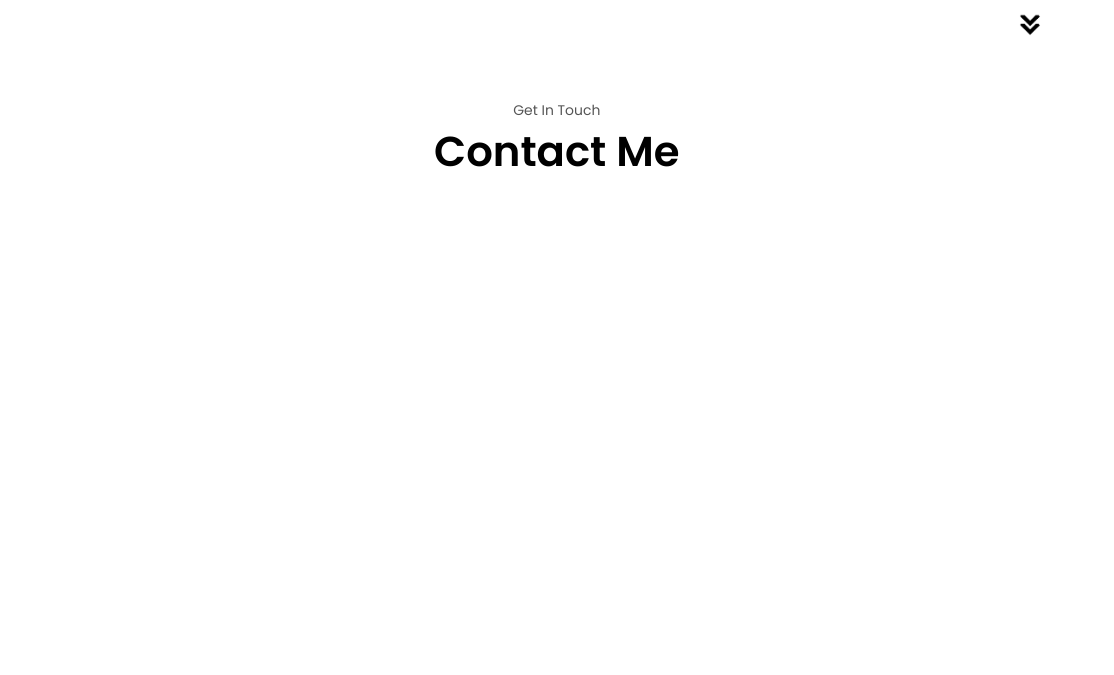
Repository: albinsabu2023/albinsabu
Page: index.html
The author's editor kept a copy of each file at every save. The page is drawn from the files as they stood at one save, then again after the next save.
The browser window is 1280 px wide. The pictures show the part of the page from y = 2687 to 3905 px (the page is 3463 px tall before and 3905 px after), at 87% of full size.
A picture or video elsewhere on the page could not be fetched, so the positions and the page height are approximate.

Above is the page before, as saved 2023-08-30 13:44:30.

After the next save:
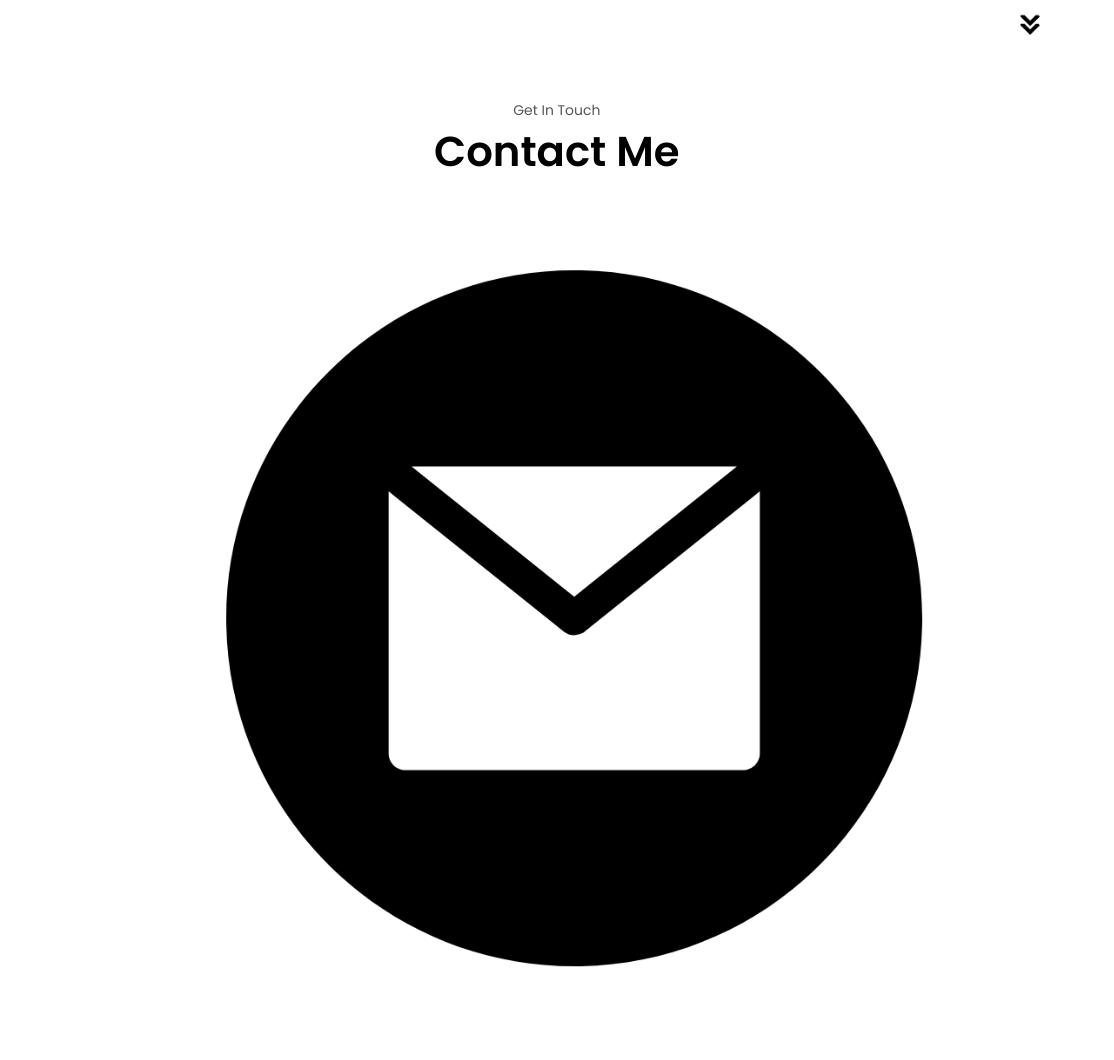
Saved 37 s later.
--- a/index.html
+++ b/index.html
@@ -229,7 +229,11 @@
     <section id="contact">
         <p class="section__text__p1">Get In Touch</p>
         <h1 class="title">Contact Me</h1>
-        <div class="contact-info-upper-container"></div>
+        <div class="contact-info-upper-container">
+            <div class="contact-info-container">
+                <img src="./assets/email.png" alt="email icon" class="ion">
+            </div>
+        </div>
     </section>
     <script src="script.js"></script>
 </body>

After the save that followed:
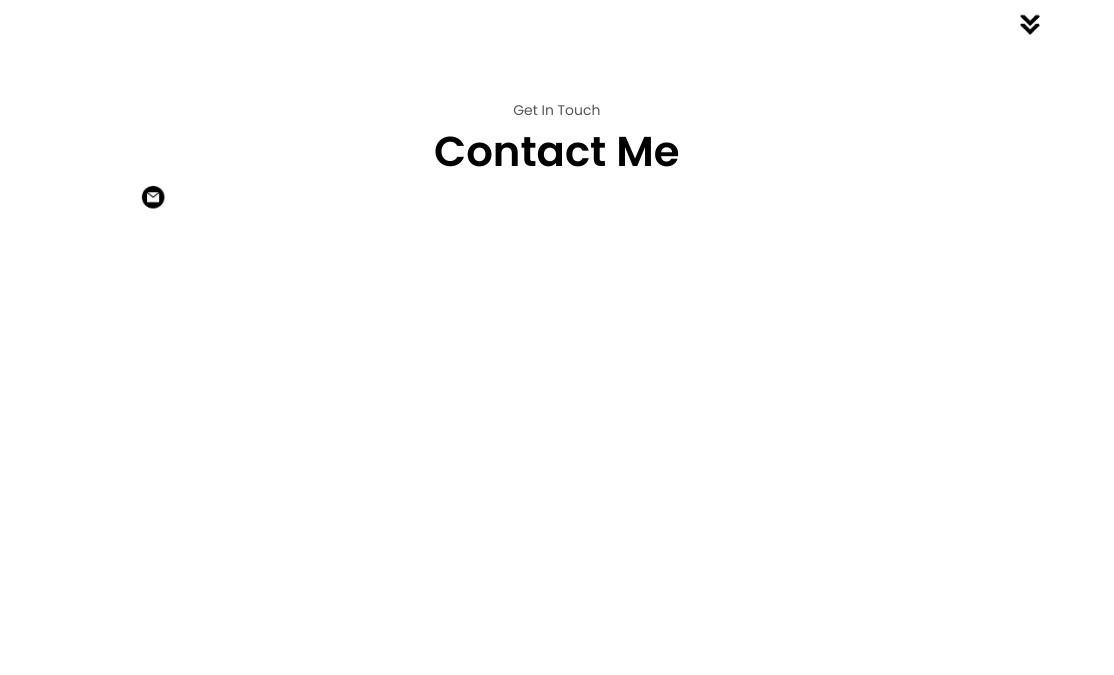
Saved 13 s later.
--- a/index.html
+++ b/index.html
@@ -231,7 +231,7 @@
         <h1 class="title">Contact Me</h1>
         <div class="contact-info-upper-container">
             <div class="contact-info-container">
-                <img src="./assets/email.png" alt="email icon" class="ion">
+                <img src="./assets/email.png" alt="email icon" class="icon contact-icon">
             </div>
         </div>
     </section>
